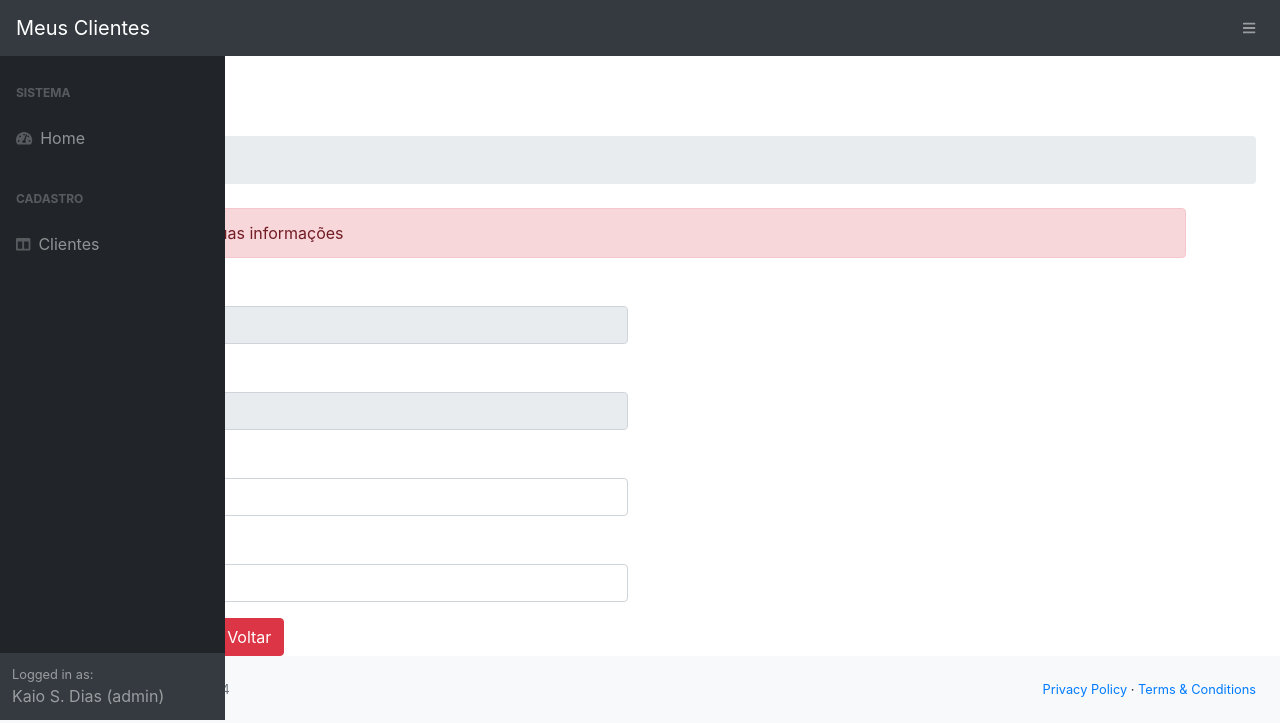
Repository: Kaio-Dias/Angular-Springboot
Page: /users-form (app in Frontend/clients-app/)
An editor plug-in stored every save of this project. The page is shown before and after the next save, followed by the edit.
The browser window is 1280 px wide. The pictures show the whole page.
Some web libraries are served in a nearby version. The project was rebuilt for these pictures with package versions that can differ from the ones it lists, and the page was loaded fresh each time. Also part of the build but not shown: Frontend/clients-app/angular.json, Frontend/clients-app/src/app/home/home.component.ts, Frontend/clients-app/src/app/users/users-list/users-list.component.ts.

Above is the page before, as saved 2024-07-09 12:15:25.

### Frontend/clients-app/src/index.html
<!doctype html>
<html lang="en">
<head>
  <meta charset="utf-8">
  <title>ClientsApp</title>
  <base href="/">
  <meta name="viewport" content="width=device-width, initial-scale=1">
  <link rel="icon" type="image/x-icon" href="favicon.ico">
  <script src="https://cdnjs.cloudflare.com/ajax/libs/font-awesome/5.11.2/js/all.min.js" crossorigin="anonymous"></script>
</head>
<body class="sb-nav-fixed">
  <app-root></app-root>
</body>
</html>

### Frontend/clients-app/src/app/app.component.ts
import { Component } from '@angular/core';
import { RouterModule, RouterOutlet } from '@angular/router';
import { routes } from './app.routes';
import { UsersService } from './users.service';
import { HttpClientModule } from '@angular/common/http';
import { CommonModule } from '@angular/common';

import { HomeComponent } from './home/home.component';
import {TemplateModule} from './template/template.module';
import {UsersModule} from './users/users.module';

@Component({
  selector: 'app-root',
  standalone: true,
  imports: [
    RouterOutlet,
    HomeComponent,
    TemplateModule,
    CommonModule,
    UsersModule,
    HttpClientModule
  ],
  providers:[
    UsersService
  ],
  templateUrl: './app.component.html',
  styleUrls: ['./app.component.css']
})
export class AppComponent {
  title = 'clients-app';
}

### Frontend/clients-app/src/app/app.routes.ts
import { Routes } from '@angular/router';
import { UsersFormComponent } from './users/users-form/users-form.component';
import { HomeComponent } from './home/home.component';
import { UsersListComponent } from './users/users-list/users-list.component';

export const routes: Routes = [
    { path: '', redirectTo: '/home', pathMatch: 'full' },
    { path: 'home', component: HomeComponent },
    { path: 'users-form', component: UsersFormComponent },
    { path: 'users-list', component: UsersListComponent },

];

### Frontend/clients-app/src/app/app.component.html
<app-navbar></app-navbar>
<div id="layoutSidenav">
  <app-sidebar></app-sidebar>
  <div id="layoutSidenav_content">
    <main>
      <div class="container-fluid">
        <router-outlet></router-outlet>
      </div>
      <footer class="py-4 bg-light mt-auto">
        <div class="container-fluid">
            <div class="d-flex align-items-center justify-content-between small">
                <div class="text-muted">Copyright &copy; Client Manager 2024</div>
                <div>
                    <a href="#">Privacy Policy</a>
                    &middot;
                    <a href="#">Terms &amp; Conditions</a>
                </div>
            </div>
        </div>
    </footer>
    </main>
  </div>
</div>

### Frontend/clients-app/src/app/users.service.ts
import { Injectable } from '@angular/core';
import { UserModel } from './users/UserModel';
import { HttpClient, HttpHeaders } from '@angular/common/http';
import { Observable } from 'rxjs';


@Injectable({
  providedIn: 'root'
})
export class UsersService {

  private user: UserModel[] = [];

  private apiUrl = 'http://localhost:8084/api/users';

  constructor(private http: HttpClient) {

  }
  //provavelmente seu User virará UserModel
  save(user:UserModel) : Observable<UserModel>{
    const headers = new HttpHeaders({'Content-Type': 'application/json'});
    return this.http.post<UserModel>(this.apiUrl, user, {headers})
  }

  getUsers() : Observable<UserModel[]> {
    return this.http.get<UserModel[]>(this.apiUrl);
  }
}

### Frontend/clients-app/src/app/template/template.module.ts
import { NgModule } from '@angular/core';
import { CommonModule } from '@angular/common';
import { NavbarComponent } from './navbar/navbar.component';
import {SidebarComponent } from './sidebar/sidebar.component';
import { RouterModule } from '@angular/router';



@NgModule({
  declarations: [],
  imports: [
    CommonModule,
    RouterModule,
    NavbarComponent,
    SidebarComponent
  ],
  exports: [
    NavbarComponent,
    SidebarComponent
  ]
})
export class TemplateModule { }

### Frontend/clients-app/src/app/users/users.module.ts
import { NgModule } from '@angular/core';
import { CommonModule } from '@angular/common';
import { FormsModule } from '@angular/forms'

import { UsersRoutingModule } from './users-routing.module';
import { UsersFormComponent } from './users-form/users-form.component';
import { UsersListComponent } from './users-list/users-list.component';


@NgModule({
  declarations: [],
  imports: [
    FormsModule,
    CommonModule,
    UsersRoutingModule,
    UsersFormComponent,
  ],
  exports:[
    UsersFormComponent
  ]
})
export class UsersModule { }

### Frontend/clients-app/src/app/users/users-form/users-form.component.ts
import { Component, OnInit } from '@angular/core';
import { FormsModule } from '@angular/forms';

import { UserModel } from '../UserModel';
import { UsersService } from '../../users.service'
import { response} from 'express';
import { CommonModule } from '@angular/common';
import { Router } from '@angular/router'

@Component({
  selector: 'app-users-form',
  standalone: true,
  imports: [FormsModule, CommonModule],
  templateUrl: './users-form.component.html',
  styleUrls: ['./users-form.component.css']
})
export class UsersFormComponent implements OnInit {

  user: UserModel;
  success: boolean = false;

  constructor(private usersService: UsersService,
    private router:Router
  ) {
    this.user = new UserModel(10, 'Anderson Silva', '00987654322', '2024-01-08');
  }

  ngOnInit(): void {}

  backRegister(){
    this.router.navigate(['/users-list'])
  }

  onSubmit(): void{
    console.log('Butt on clicked hihihi', this.user);
    this.usersService.save(this.user).subscribe(response => {
      this.success = true;
    }, errorResponse =>
      console.log(errorResponse.error.errors)
  )
  }

}

### Frontend/clients-app/src/app/template/navbar/navbar.component.ts
import { Component, AfterViewInit } from '@angular/core';

@Component({
  selector: 'app-navbar',
  standalone: true,
  imports: [],
  templateUrl: './navbar.component.html',
  styleUrl: './navbar.component.css'
})
export class NavbarComponent {

}

### Frontend/clients-app/src/app/users/users-routing.module.ts
import { NgModule } from '@angular/core';
import { RouterModule, Routes } from '@angular/router';
import { UsersFormComponent } from './users-form/users-form.component';

const routes: Routes = [
  { path: 'users-form', component: UsersFormComponent}
];

@NgModule({
  imports: [RouterModule.forChild(routes)],
  exports: [RouterModule]
})
export class UsersRoutingModule { }

### Frontend/clients-app/src/app/users/users-form/users-form.component.html
<h1 class="mt-4">Clientes</h1>
<ol class="breadcrumb mb-4">
    <li class="breadcrumb-item active">Cadastro</li>
</ol>
<div class="container">
        <form #userForm="ngForm" (ngSubmit)="onSubmit()">
            <div class="row">
                <div class="col-md-12">
                    <div class="alert alert-success" role="alert" *ngIf="success==true">
                        Cliente salvo/atualizado com sucesso!
                    </div>
                    <div class="alert alert-danger" role="alert" *ngIf="success==false">
                        Erro. Revise suas informações
                    </div>
                </div>
            </div>

        <div class="row" *ngIf="user.id">
            <div class="col-md-6">
                <div class="form-group">
                    <label>ID: </label>
                    <input type="text" class="form-control" [(ngModel)]="user.id" name="id" disabled="true">
                </div>
            </div>
        </div>

        <div class="row">
            <div class="col-md-6">
                <div class="form-group">
                    <label>Data Cadastro: </label>
                    <input type="date" class="form-control" [(ngModel)]="user.registered_date" name="registered_date" disabled="true">
                </div>
            </div>
        </div>

        <div class="row">
            <div class="col-md-6">
                <div class="form-group">
                    <label>Nome: *</label>
                    <input type="text" class="form-control" [(ngModel)]="user.username" name="username"/>
                </div>
            </div>
        </div>

        <div class="row">
            <div class="col-md-6">
                <div class="form-group">
                    <label>CPF: *</label>
                    <input type="text" class="form-control" [(ngModel)]="user.cpf" name="cpf" >
                </div>
            </div>
        </div>

        <div class="row">
            <div class="col-md-3">
                <button type="submit" class="btn btn-success">
                    <i class="fa fa-save" ></i> Salvar
                </button>

                <button type="button" class="btn btn-danger ml-2" (click)="backRegister()">
                    <i class="fa fa-arrow-alt-circle-left" ></i> Voltar
                </button>
            </div>
        </div>
    </form>
</div>

### Frontend/clients-app/src/app/users/UserModel.ts
export class UserModel {
    id: number;
    username: string;
    cpf: string;
    registered_date: string;

    constructor(id: number = 0, username: string = "", cpf: string = "", registered_date: string = "") {
      this.id = id;
      this.username = username;
      this.cpf = cpf;
      this.registered_date = registered_date;
  }
}

### Frontend/clients-app/src/app/template/navbar/navbar.component.html
<nav class="sb-topnav navbar navbar-extend navbar-dark bg-dark">
    <a class="navbar-brand" href="#">Meus Clientes</a>
    <button class="btn btn-link btn-sm order-1 order-lg-0" id="sidebarToggle">
        <i class="fas fa-bars"></i>
    </button>
</nav>

### Frontend/clients-app/src/app/template/sidebar/sidebar.component.html
<div id="layoutSidenav">
    <div id="layoutSidenav_nav">
        <nav class="sb-sidenav accordion sb-sidenav-dark" id="sidenavAccordion">
            <div class="sb-sidenav-menu">
                <div class="nav">
                    <div class="sb-sidenav-menu-heading">Sistema</div>
                    <a class="nav-link" href="/home"
                        ><div class="sb-nav-link-icon"><i class="fas fa-tachometer-alt"></i></div>
                        Home</a
                    >
                    <div class="sb-sidenav-menu-heading">Cadastro</div>
                    <a class="nav-link collapsed" href="/users-list" data-toggle="collapse" data-target="#collapseLayouts" aria-expanded="false" aria-controls="collapseLayouts"
                        ><div class="sb-nav-link-icon"><i class="fas fa-columns"></i></div>
                        Clientes
                    </a>
                    <div class="collapse" id="collapseLayouts" aria-labelledby="headingOne" data-parent="#sidenavAccordion">
                        <nav class="sb-sidenav-menu-nested nav"><a class="nav-link" href="layout-static.html">Static Navigation</a><a class="nav-link" href="layout-sidenav-light.html">Light Sidenav</a></nav>
                    </div>
                    </div>
                </div>
            <div class="sb-sidenav-footer">
                <div class="small">Logged in as:</div>
                Kaio S. Dias (admin)
            </div>
        </nav>
    </div>

Loaded but not shown: Frontend/clients-app/src/styles.css (library); Frontend/clients-app/src/main.ts (common file); Frontend/clients-app/src/app/app.config.ts (common file); Frontend/clients-app/src/app/app.component.css (library); Frontend/clients-app/src/app/template/sidebar/sidebar.component.ts (common file); Frontend/clients-app/src/app/template/navbar/navbar.component.css (no stored copy; drawn as an empty file); Frontend/clients-app/src/app/template/sidebar/sidebar.component.css (no stored copy; drawn as an empty file); Frontend/clients-app/src/app/users/users-form/users-form.component.css (no stored copy; drawn as an empty file)

After the next save:
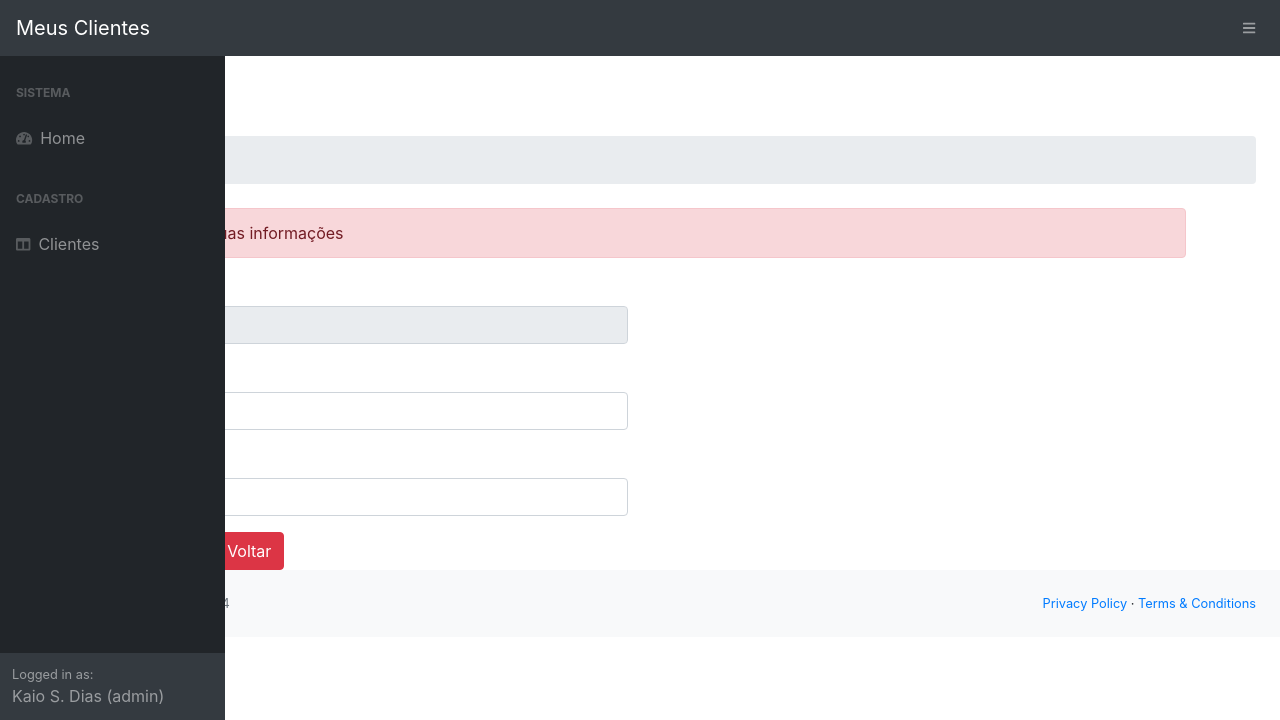
Saved 3 h 29 min later.
--- a/Frontend/clients-app/src/app/users/users-form/users-form.component.ts
+++ b/Frontend/clients-app/src/app/users/users-form/users-form.component.ts
@@ -16,14 +16,12 @@ import { Router } from '@angular/router'
 })
 export class UsersFormComponent implements OnInit {
 
-  user: UserModel;
+  user: UserModel = new UserModel();
   success: boolean = false;
 
   constructor(private usersService: UsersService,
     private router:Router
-  ) {
-    this.user = new UserModel(10, 'Anderson Silva', '00987654322', '2024-01-08');
-  }
+  ) {}
 
   ngOnInit(): void {}
 
@@ -32,12 +30,10 @@ export class UsersFormComponent implements OnInit {
   }
 
   onSubmit(): void{
-    console.log('Butt on clicked hihihi', this.user);
     this.usersService.save(this.user).subscribe(response => {
       this.success = true;
     }, errorResponse =>
       console.log(errorResponse.error.errors)
   )
   }
-
 }
